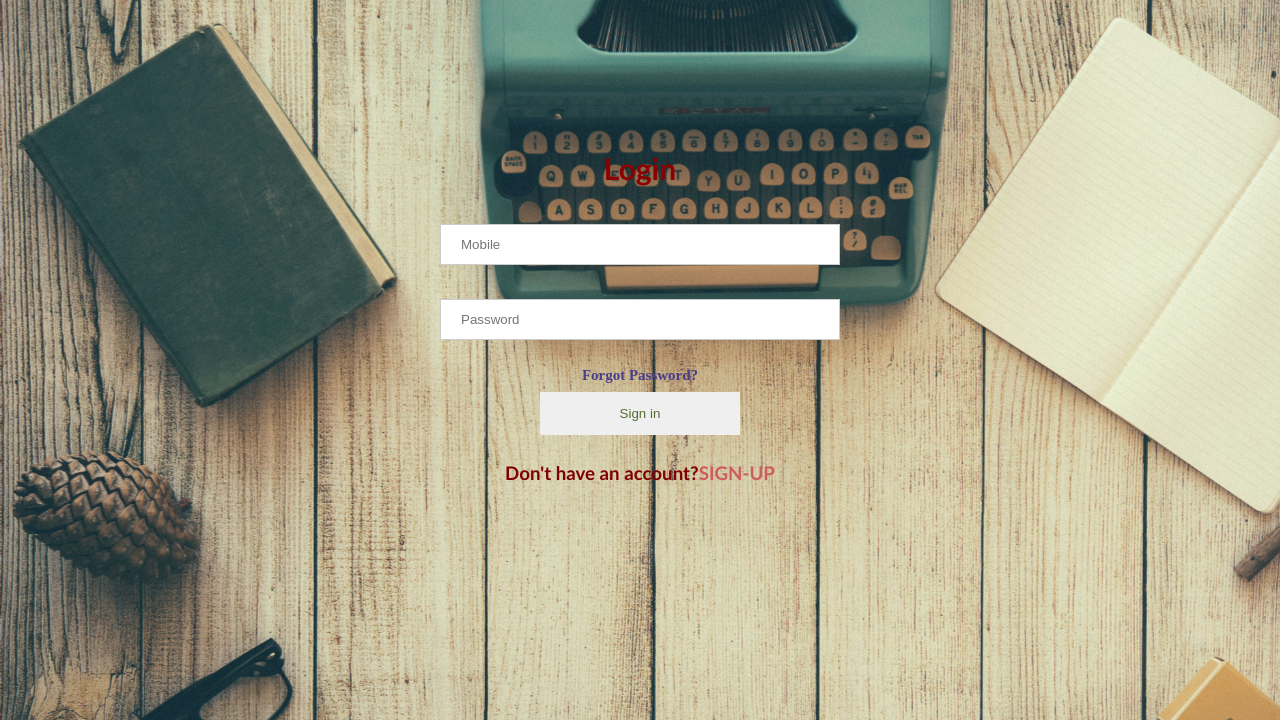
Repository: NAYAN9534/vehicle-booking-system
Page: http://localhost/minor/feedbackform.jsp
These files come from the project's save history. The page is drawn as it stood at one moment and after the next save; the edit follows.
The browser window is 1280 px wide. The pictures show the whole page.
The page is served by Tomcat 9.

Above is the page before, as saved 2017-05-27 17:53:24.

### minor/WebContent/feedbackform.jsp

<!DOCTYPE html>
<html>
<head>
	<title>Login</title>
	<link rel="icon"type="image" href="Logo.jpg"/>   <!--fav icon tag-->
</head>
<style type="text/css">

.signbtn
{
  padding: 14px 20px;
  background-color: lightblue;

}
button .signbtn: hover
{
	box-shadow: 10px 10px 5px #;
}
button
{

    color:  #556B2F;
    padding: 14px 20px;
    margin: 8px 0;
    border: none;
    cursor: pointer;
    width:200px;
    transition-duration: 0.4s;
}
input[type=text], input[type=password]
{
    width: 400px;
    padding: 12px 20px;
    margin: 8px 0;
    display: inline-block;
    border: 1px solid #ccc;
    box-sizing: border-box;
}
#login p
{
font-family: calibri;
font-size: 30px;
color:  #8B0000;
}
body {
    background-image: url("68516858-notepad-wallpapers.jpeg");
    background-size: 1366px auto;
}
#login
{
    margin-top: 150px;
}

#login a
{
    text-decoration: none;
    color:      #CD5C5C;
}
#login .forgot
{
    color:  #483D8B;
    font-size: 15px;
}
</style>
<body>
<div id="login">
<center>
<p><b>Login</b></p>
<form action ="conn.jsp" method="post">
	<input type="text" name="mobile" id="txt_name" placeholder="Mobile"/><br><br>
	<input type="password" name="password" id="txt_Password" placeholder="Password"/><br><br>
    <a class="forgot" href="forgotpassword.jsp"><b>Forgot Password?</b></a><br>
	<button type="submit">Sign in</button>
</form>
<h3 style="color:maroon; font-family:calibri;">Don't have an account?<a href="userlogin.jsp"><span>SIGN-UP</span></a></h3>
</center>
</div>
</body>
</html>

After the next save:
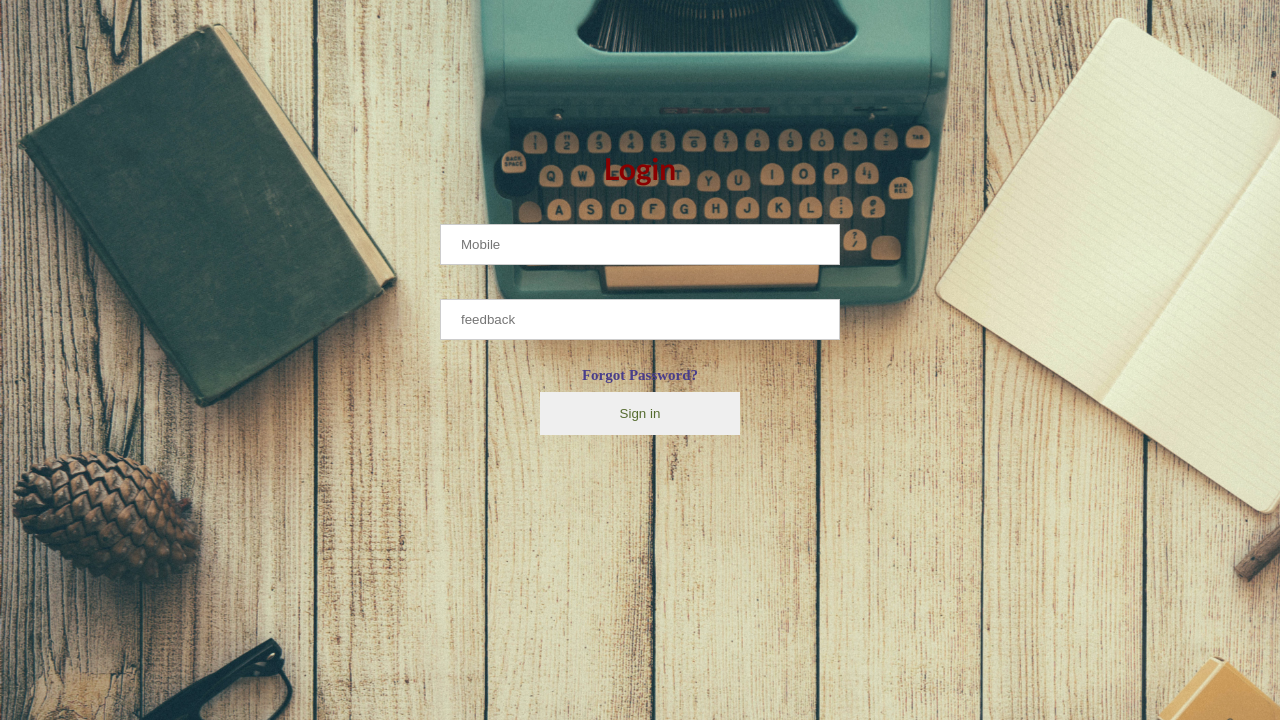
Saved 67 s later.
--- a/minor/WebContent/feedbackform.jsp
+++ b/minor/WebContent/feedbackform.jsp
@@ -67,13 +67,12 @@ body {
 <div id="login">
 <center>
 <p><b>Login</b></p>
-<form action ="conn.jsp" method="post">
+<form action ="feedbackconn.jsp" method="post">
 	<input type="text" name="mobile" id="txt_name" placeholder="Mobile"/><br><br>
-	<input type="password" name="password" id="txt_Password" placeholder="Password"/><br><br>
+	<input type="text" name="Feedback" id="txt_Password" placeholder="feedback"/><br><br>
     <a class="forgot" href="forgotpassword.jsp"><b>Forgot Password?</b></a><br>
 	<button type="submit">Sign in</button>
 </form>
-<h3 style="color:maroon; font-family:calibri;">Don't have an account?<a href="userlogin.jsp"><span>SIGN-UP</span></a></h3>
 </center>
 </div>
 </body>
